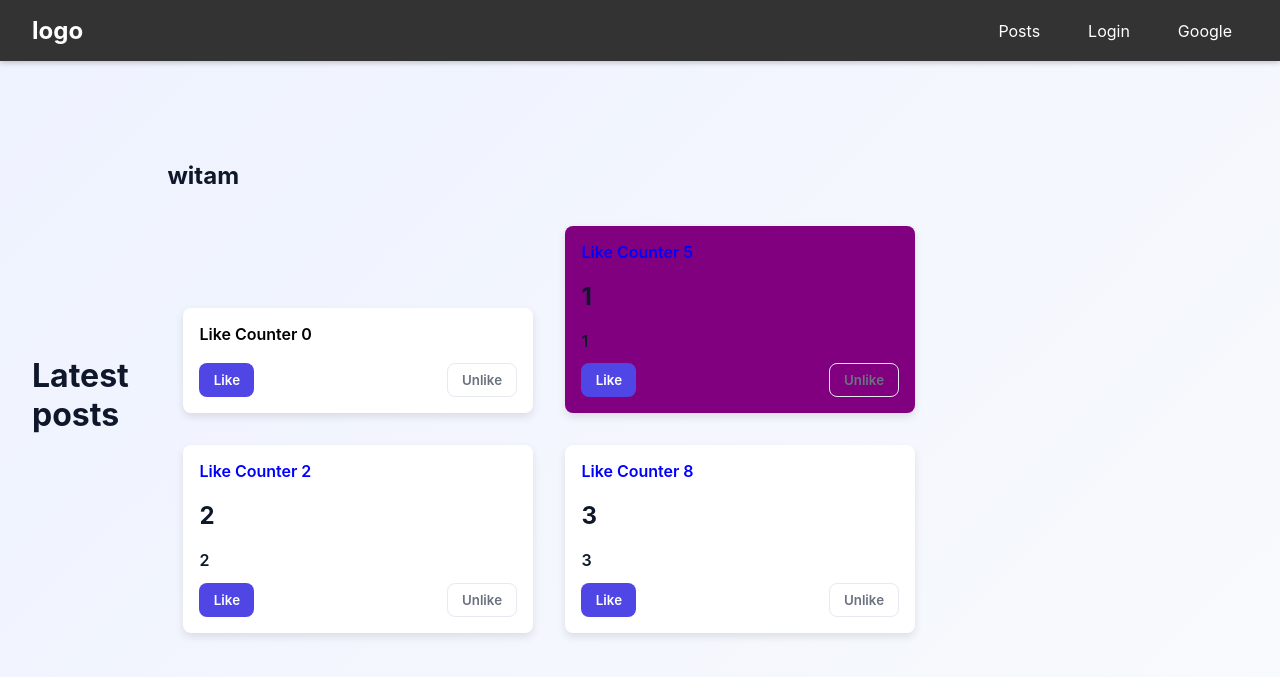
Repository: KrystianTrzy/reactapt
Page: /
The author's editor kept a copy of each file at every save. The page is drawn from the files as they stood at one save, then again after the next save.
The browser window is 1280 px wide. The pictures show the whole page.
The project was rebuilt for these pictures with package versions that can differ from the ones it lists, and the page was loaded fresh each time. Also part of the build but not shown: src/pages/login.js, src/pages/postdetail/postdetail.js, src/pages/dashboard/dashboard.css, src/pages/dashboard/dashboard.js.

Above is the page before, as saved 2025-11-22 12:42:10.

### src/index.js
import React from "react";
import ReactDOM from "react-dom/client";
import "./index.css";
import App from "./App";
import LikeCounter from "./components/App/LikeCounter/LikeCounter";

const root = ReactDOM.createRoot(document.getElementById("root"));
root.render(
  <React.StrictMode>
    <App />
  </React.StrictMode>
);

// If you want to start measuring performance in your app, pass a function
// to log results (for example: reportWebVitals(console.log))
// or send to an analytics endpoint. Learn more: https://bit.ly/CRA-vitals

### src/index.css
:root {
  --bg: #f6f8ff;
  --card: #ffffff;
  --accent: #4f46e5;
  --muted: #6b7280;
  --radius: 12px;
}

* {
  box-sizing: border-box;
}

html,
body,
#root {
  height: 100%;
}

body {
  margin: 0;
  font-family: Inter, system-ui, -apple-system, "Segoe UI", Roboto,
    "Helvetica Neue", Arial;
  background: linear-gradient(135deg, #eef2ff 0%, #f8fafc 100%);
  color: #0f172a;
  -webkit-font-smoothing: antialiased;
  -moz-osx-font-smoothing: grayscale;
}

#root {
  display: flex;
  align-items: center;
  justify-content: center;
  padding: 2rem;
}

.App {
  width: 100%;
  max-width: 920px;
  background: rgba(255, 255, 255, 0.9);
  border-radius: var(--radius);
  box-shadow: 0 8px 30px rgba(2, 6, 23, 0.08);
  padding: 2rem;
}

ul {
  padding-left: 1.1rem;
}

button {
  font-family: inherit;
}

.login-form {
  display: flex;
  flex-direction: column;
  gap: 1rem;
  color: blue;
}

### src/App.js
import { BrowserRouter, Routes, Route } from "react-router-dom";
import Posts from "./pages/Posts";
import Login from "./pages/login";
import PostDetail from "./pages/postdetail/postdetail";
import Nav from "./components/nav/nav";
import Dashboard from "./pages/dashboard/dashboard";

function App() {
  const name = "Krystian";
  const names = ["Adrian", "Maciek", "Pawel", "Bartek"];
  return (
    <BrowserRouter>
      <Nav />
      <Routes>
        <Route path="/" element={<Posts />} />
        <Route path="/posts" element={<Posts />} />
        <Route path="/login" element={<Login />} />
        <Route path="/postdetail/:id" element={<PostDetail />} />
        <Route path="/dashboard" element={<Dashboard />} />
      </Routes>
    </BrowserRouter>
  );
}

export default App;

### src/components/App/LikeCounter/LikeCounter.js
import React, { useState, useEffect, use } from 'react'
import './LikeCounter.css'

function LikeCounter({ color, title, description, count = 0 }) {
    const [likes, setLikes] = useState(Number(count));
    const handleLike = () => {
        setLikes(likes + 1);
    };

    useEffect(() => {
        console.log(`Likes updated: ${likes}`);
        document.title = `Likes: ${likes}`;
        if (likes > 20) {
            document.title = `dużo: ${likes}`;
        }


}, [likes]);

    const handleUnlike = () => {
        if (likes > 0) {
            setLikes(likes - 1);
        }
    };

    return (
        <div className="post" style={{backgroundColor: color }}>
            <p style={{ color: likes > 0 ? 'blue' : 'black' }}>Like Counter {likes}</p>
            <h2>{title}</h2>
            <p>{description}</p>
            <div className="actions">
                <button onClick={handleLike}>Like</button>
                <button onClick={handleUnlike}>Unlike</button>
            </div>
        </div>
    )
}

export default LikeCounter;

### src/pages/Posts.js
import LikeCounter from "../components/App/LikeCounter/LikeCounter";

function Posts() {
  return (
    <>
      <h1>Latest posts</h1>
      <article>
        <div className="posts">
          <h1>witam</h1>
          <LikeCounter />
          <LikeCounter color="purple" title="1" description="1" count="5" />

          <LikeCounter title="2" description="2" count="2" />

          <LikeCounter title="3" description="3" count="8" />
        </div>
      </article>
    </>
  );
}
export default Posts;

### src/components/nav/nav.js
import "./nav.css";
import { Link } from "react-router-dom";
import { useLocation } from "react-router-dom";

function Nav() {
  const location = useLocation();
  const islogin = location.pathname === "/login";
  return islogin ? null : (
    <nav className="navbar">
      <span className="logo">logo</span>

      <div className="menu">
        <Link to="/posts">Posts</Link>
        <Link to="/login">Login</Link>
        <a href="https://google.com" target="_blank" rel="noopener noreferrer">
          Google
        </a>
      </div>
    </nav>
  );
}

export default Nav;

### src/components/App/LikeCounter/LikeCounter.css
.post {
  box-shadow: 0 4px 8px rgba(0, 0, 0, 0.1);
  padding: 1rem;
  width: 350px;
  border-radius: 0.5rem;
  background: var(--card);
  margin: 1rem;
  color: #0f172a;
  display: inline-block;
}

.actions {
  display: flex;
  flex-direction: row;
  justify-content: space-between;
}

.post p {
  margin: 0 0 0.8rem 0;
  font-weight: 600;
}

.actions button {
  padding: 0.5rem 0.9rem;
  border-radius: 8px;
  border: none;
  cursor: pointer;
  font-weight: 600;
}

.actions button:first-child {
  background: var(--accent);
  color: white;
}

.actions button:last-child {
  background: transparent;
  color: var(--muted);
  border: 1px solid #e6e9ef;
}

.actions button:hover {
  transform: translateY(-1px);
}

### src/components/nav/nav.css
.navbar {
  position: fixed;
  top: 0;
  left: 0;
  width: 100%;
  z-index: 1000;
  display: flex;
  justify-content: space-between;
  align-items: center;
  background-color: #333;
  padding: 1rem 2rem;
  color: white;
  box-shadow: 0 2px 5px rgba(0, 0, 0, 0.2);
}

body {
    margin: 0;
    padding-top: 70px;
}

.navbar a {
  color: white;
  text-decoration: none;
  margin: 0 1rem;
  font-size: 1rem;
}

.navbar a:hover {
  text-decoration: underline;
}

.navbar .logo {
  font-size: 1.5rem;
  font-weight: bold;
}

.navbar .menu {
  display: flex;
  gap: 1rem;
}

Loaded but not shown: public/index.html (common file)

After the next save:
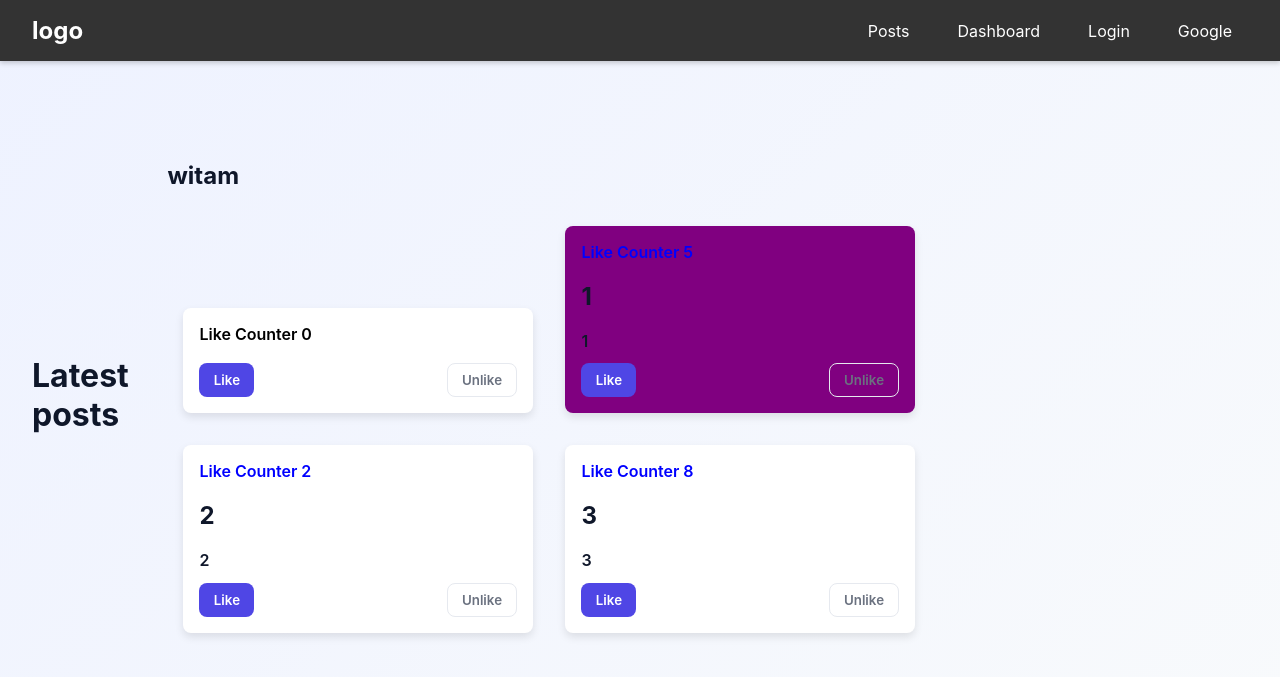
Saved 63 s later.
--- a/src/components/nav/nav.js
+++ b/src/components/nav/nav.js
@@ -5,13 +5,26 @@ import { useLocation } from "react-router-dom";
 function Nav() {
   const location = useLocation();
   const islogin = location.pathname === "/login";
+  const links = [
+    { to: "/posts", label: "Posts" },
+    { to: "/dashboard", label: "Dashboard" },
+    { to: "/login", label: "Login" },
+  ];
   return islogin ? null : (
     <nav className="navbar">
       <span className="logo">logo</span>
-
       <div className="menu">
-        <Link to="/posts">Posts</Link>
-        <Link to="/login">Login</Link>
+        {links.map((link) => (
+          <Link
+            key={link.to}
+            to={link.to}
+            className={
+              location.pathname === link.to ? "active-link" : "inactive-link"
+            }
+          >
+            {link.label}
+          </Link>
+        ))}
         <a href="https://google.com" target="_blank" rel="noopener noreferrer">
           Google
         </a>
